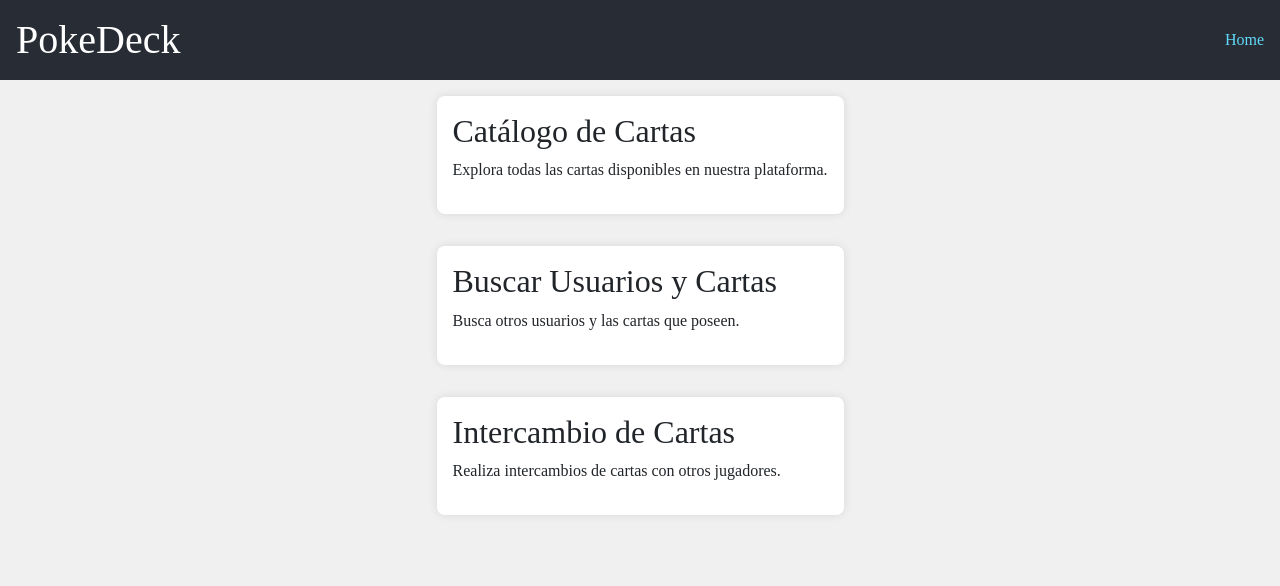
Repository: SyTW2425/Proyecto-E02
Page: /home (app in client/)
An editor plug-in stored every save of this project. The page is shown before and after the next save, followed by the edit.
The browser window is 1280 px wide. The pictures show the whole page.
The project was rebuilt for these pictures with package versions that can differ from the ones it lists, and the page was loaded fresh each time. Also part of the build but not shown: client/src/index.css, client/src/api.ts, client/src/components/Signup.tsx, client/src/components/Signin.tsx, client/src/App.css.

Above is the page before, as saved 2024-11-27 19:11:20.

### client/src/App.tsx
import React from 'react';
import { BrowserRouter as Router, Route, Routes } from 'react-router-dom';
import Home from './components/Home';
import Signup from './components/Signup';
import Signin from './components/Signin';
import './App.css';
import { Link } from 'react-router-dom';
import { createBrowserRouter, RouterProvider } from 'react-router-dom';

const router = createBrowserRouter([
  {
    path: "/",
    element: <Signin />,
  },
  {
    path: "/signup",
    element: <Signup />,
  },
  {
    path: "/home",
    element: <Home />,
  },
]);

function App() {
  return (
    <RouterProvider router={router}>
      <div className="App">
        <Routes>
          <Route path="/" element={<Signin />} />
          <Route path="/signup" element={<Signup />} />
          <Route path="/home" element={<Home />} />
        </Routes>
      </div>
    </RouterProvider>
  );
}

export default App;

### client/src/components/Home.tsx
import React, { useState } from 'react';
import { Link } from 'react-router-dom';
import 'bootstrap/dist/css/bootstrap.min.css';
import './Home.css';
import Signup from './Signup';
import Signin from './Signin';

function NavBar() {
  const [menuOpen, setMenuOpen] = useState(false);

  const toggleMenu = () => {
    setMenuOpen(!menuOpen);
  };

  return (
    <nav className="navbar">
      <h1>PokeDeck</h1>
      <span className="menu-toggle" onClick={toggleMenu}>
        &#9776;
      </span>
      <ul className={menuOpen ? 'active' : ''}>
        <li><Link to="/home">Home</Link></li>
      </ul>
    </nav>
  );
}

const Home = () => {
  return (
    <div className="fullscreen-container">
      <header>
        <NavBar />
      </header>
      <main>
        <section className="section">
          <h2>Catálogo de Cartas</h2>
          <p>Explora todas las cartas disponibles en nuestra plataforma.</p>
          {/* Aquí puedes añadir componentes o enlaces para ver el catálogo de cartas */}
        </section>
        <section className="section">
          <h2>Buscar Usuarios y Cartas</h2>
          <p>Busca otros usuarios y las cartas que poseen.</p>
          {/* Aquí puedes añadir componentes o enlaces para buscar usuarios y sus cartas */}
        </section>
        <section className="section">
          <h2>Intercambio de Cartas</h2>
          <p>Realiza intercambios de cartas con otros jugadores.</p>
          {/* Aquí puedes añadir componentes o enlaces para hacer intercambios de cartas */}
        </section>
      </main>
    </div>
  );
};

export default Home;

### client/src/components/Home.css
body, html {
    margin: 0;
    padding: 0;
    width: 100%;
    height: 100%;
}

.navbar {
    background-color: #282c34;
    padding: 1rem;
    display: flex;
    justify-content: space-between;
    align-items: center;
    color: white;
    width: 100%;
    position: fixed;
    top: 0;
    left: 0;
    z-index: 1000;
}

.navbar h1 {
    margin: 0;
}

.navbar ul {
    list-style: none;
    display: flex;
    gap: 1rem;
    margin: 0;
    padding: 0;
}

.navbar ul li {
    display: inline;
}

.navbar ul li a {
    color: #61dafb;
    text-decoration: none;
}

.navbar ul li a:hover {
    text-decoration: underline;
}

/* Responsive Design */
@media (max-width: 768px) {
    .navbar ul {
        flex-direction: column;
        display: none;
    }

    .navbar ul.active {
        display: flex;
    }

    .navbar .menu-toggle {
        display: block;
        cursor: pointer;
    }
}

.menu-toggle {
    display: none;
    font-size: 1.5rem;
    color: #61dafb;
}

.fullscreen-container {
    width: 100vw;
    height: 100vh;
    display: flex;
    flex-direction: column;
    justify-content: flex-start;
    align-items: center;
    background-color: #f0f0f0;
    padding-top: 4rem; /* Adjust for navbar height */
    box-sizing: border-box;
}

.section {
    width: 100%;
    margin: 2rem 0;
    padding: 1rem;
    background-color: white;
    box-shadow: 0 0 10px rgba(0, 0, 0, 0.1);
    border-radius: 8px;
}

.section h2 {
    margin-top: 0;
}

### client/src/components/SignupSignin.css
*{
  margin: 0;
  padding: 0;
  box-sizing: border-box;
  font-family: "Poppins", serif;
}

.box {
  width: 100%;
  max-width: 400px;
  margin: 0 auto;
  padding: 40px;
  background: #1c1c1c;
  border-radius: 5%;
  box-shadow: 0 0 10px rgba(0, 0, 0, 0.1);
  overflow: hidden;
}

.box h2 {
  color: #fff;
  text-align: center;
  margin-bottom: 20px;
}

.box form {
  display: flex;
  flex-direction: column;
  align-items: center;
  border-radius: 10%;
}

.box form input {
  width: 80%;
  padding: 10px;
  margin: 10px 0;
  border: none;
  border-radius: 5px;
  background: #333;
  color: #fff;
}

.box form button {
  width: 80%;
  padding: 10px;
  margin-top: 20px;
  border: none;
  border-radius: 5px;
  background: #00eeff;
  color: #1c1c1c;
  cursor: pointer;
  transition: background 0.3s ease;
}

.box form button:hover {
  background: #067685;
}

.error {
  color: red;
  font-size: 0.8rem;
  margin-top: 5px;
}

.box p {
  color: #fff;
  text-align: center;
  margin-top: 20px;
}

.box p a {
  color: #00eeff;
  text-decoration: none;
  transition: color 0.3s ease;
}

.box p a:hover {
  color: #067685;
}

Loaded but not shown: client/public/index.html (common file); client/src/index.tsx (common file); client/src/reportWebVitals.ts (common file); client/src/index.css (no copy from this time; the picture is the same without it)

After the next save:
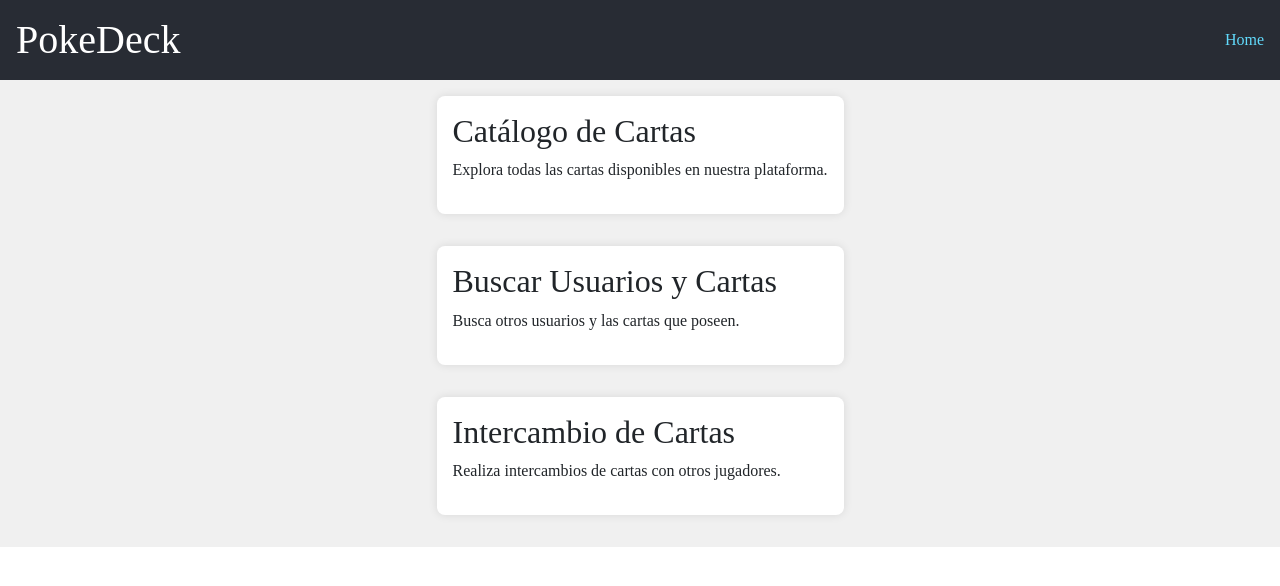
Saved 25 s later.
--- a/client/src/components/Home.css
+++ b/client/src/components/Home.css
@@ -68,8 +68,8 @@
 }
 
 .fullscreen-container {
-    width: 100vw;
-    height: 100vh;
+    width: 100%;
+    height: 1100%;
     display: flex;
     flex-direction: column;
     justify-content: flex-start;

After the 2 saves that followed:
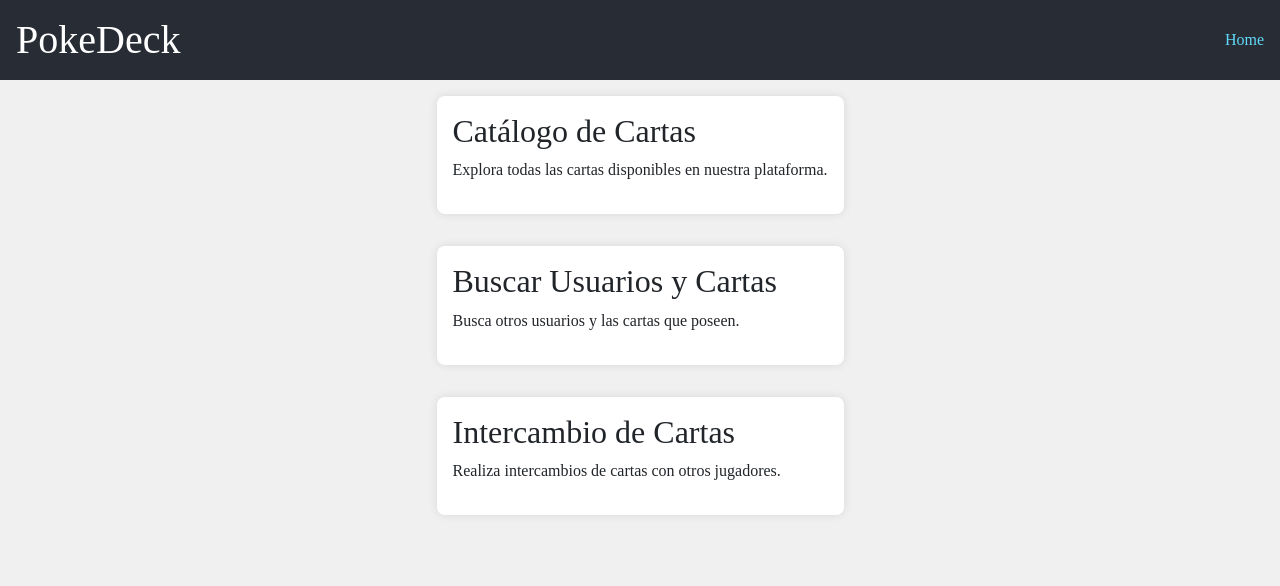
The 2 saves are shown as one change because 1 left the picture as it was.
The last was saved 34 s later.
--- a/client/src/components/Home.css
+++ b/client/src/components/Home.css
@@ -68,8 +68,8 @@
 }
 
 .fullscreen-container {
-    width: 100%;
-    height: 1100%;
+    width: 100vw;
+    height: 100vh;
     display: flex;
     flex-direction: column;
     justify-content: flex-start;
